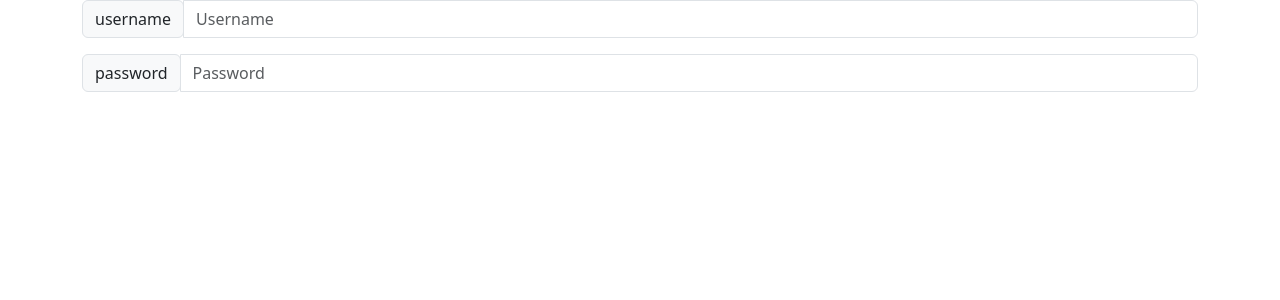
Repository: FrancescoGiordano23/WebappKebab
Page: http://localhost/EsercizioKebab/
An editor plug-in stored every save of this project. The page is shown before and after the next save, followed by the edit.
The browser window is 1280 px wide. The pictures show the whole page.
The page is served by Tomcat 10. Other server files are loaded and not shown.

Above is the page before, as saved 2024-08-02 07:46:32.

### EsercizioKebab/src/main/webapp/login.jsp
<%@ page language="java" contentType="text/html; charset=UTF-8"
	pageEncoding="UTF-8"%>
<!DOCTYPE html>
<html>
<head>
<meta charset="UTF-8">
<title>Insert title here</title>
<link
	href="https://cdn.jsdelivr.net/npm/bootstrap@5.3.3/dist/css/bootstrap.min.css"
	rel="stylesheet"
	integrity="sha384-QWTKZyjpPEjISv5WaRU9OFeRpok6YctnYmDr5pNlyT2bRjXh0JMhjY6hW+ALEwIH"
	crossorigin="anonymous">
<script
	src="https://cdn.jsdelivr.net/npm/bootstrap@5.3.3/dist/js/bootstrap.bundle.min.js"
	integrity="sha384-YvpcrYf0tY3lHB60NNkmXc5s9fDVZLESaAA55NDzOxhy9GkcIdslK1eN7N6jIeHz"
	crossorigin="anonymous"></script>
</head>
<body>
	<div class="container">
		<div class="row">
			<!-- LEFT -->
			<div class="col-3"></div>
			<!-- CENTER -->
			<div class="col-6"></div>

			<div class="input-group mb-3">
				<div class="input-group-prepend">
					<span class="input-group-text" id="basic-addon-username">username</span>
				</div>
				<input type="text" class="form-control" placeholder="Username"
					aria-label="Username" aria-describedby="basic-addon-username">
			</div>

			<div class="input-group mb-3">
				<div class="input-group-prepend">
					<span class="input-group-text" id="basic-addon-password">password</span>
				</div>
				<input type="text" class="form-control" placeholder="Password"
					aria-label="Username" aria-describedby="basic-addon-password">
			</div>

			<!-- RIGHT -->
			<div class="col-3"></div>
		</div>
	</div>
</body>
</html>

### EsercizioKebab/src/main/java/com/advancia/servlet/InitializeServlet.java
package com.advancia.servlet;

import java.io.IOException;
import jakarta.servlet.ServletException;
import jakarta.servlet.http.HttpServlet;
import jakarta.servlet.http.HttpServletRequest;
import jakarta.servlet.http.HttpServletResponse;

/**
 * Servlet implementation class InitializeServlet
 */
public class InitializeServlet extends HttpServlet {
	private static final long serialVersionUID = 1L;

    public InitializeServlet() {

    }


	protected void doGet(HttpServletRequest request, HttpServletResponse response) throws ServletException, IOException {

		request.getSession().setAttribute("User", null);
		request.getRequestDispatcher("login.jsp").forward(request, response);
	}


	protected void doPost(HttpServletRequest request, HttpServletResponse response) throws ServletException, IOException {
				doGet(request, response);
	}

}

After the next save:
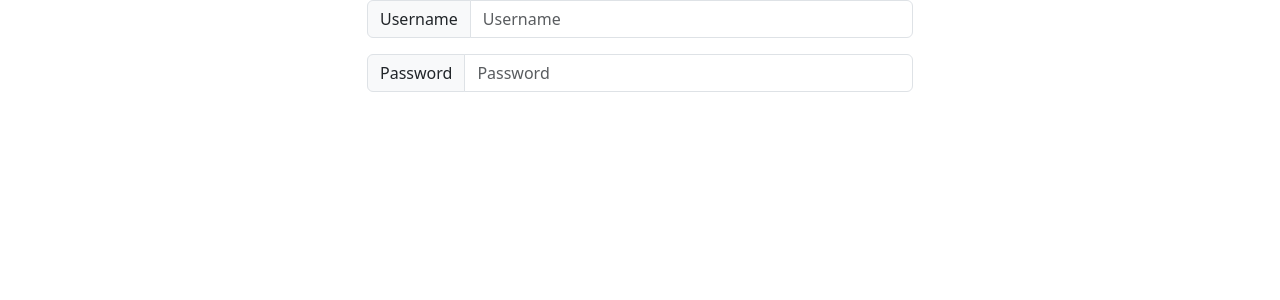
Saved 14 min 48 s later.
--- a/EsercizioKebab/src/main/webapp/login.jsp
+++ b/EsercizioKebab/src/main/webapp/login.jsp
@@ -21,24 +21,19 @@
 			<!-- LEFT -->
 			<div class="col-3"></div>
 			<!-- CENTER -->
-			<div class="col-6"></div>
+			<div class="col-6">
+				<div class="input-group mb-3">
+					<span class="input-group-text" id="basic-addon-username">Username</span>
+					<input type="text" class="form-control" placeholder="Username"
+						aria-label="Username" aria-describedby="basic-addon-username">
+				</div>
 
-			<div class="input-group mb-3">
-				<div class="input-group-prepend">
-					<span class="input-group-text" id="basic-addon-username">username</span>
+				<div class="input-group mb-3">
+					<span class="input-group-text" id="basic-addon-password">Password</span>
+					<input type="password" class="form-control" placeholder="Password"
+						aria-label="Password" aria-describedby="basic-addon-password">
 				</div>
-				<input type="text" class="form-control" placeholder="Username"
-					aria-label="Username" aria-describedby="basic-addon-username">
 			</div>
-
-			<div class="input-group mb-3">
-				<div class="input-group-prepend">
-					<span class="input-group-text" id="basic-addon-password">password</span>
-				</div>
-				<input type="text" class="form-control" placeholder="Password"
-					aria-label="Username" aria-describedby="basic-addon-password">
-			</div>
-
 			<!-- RIGHT -->
 			<div class="col-3"></div>
 		</div>
